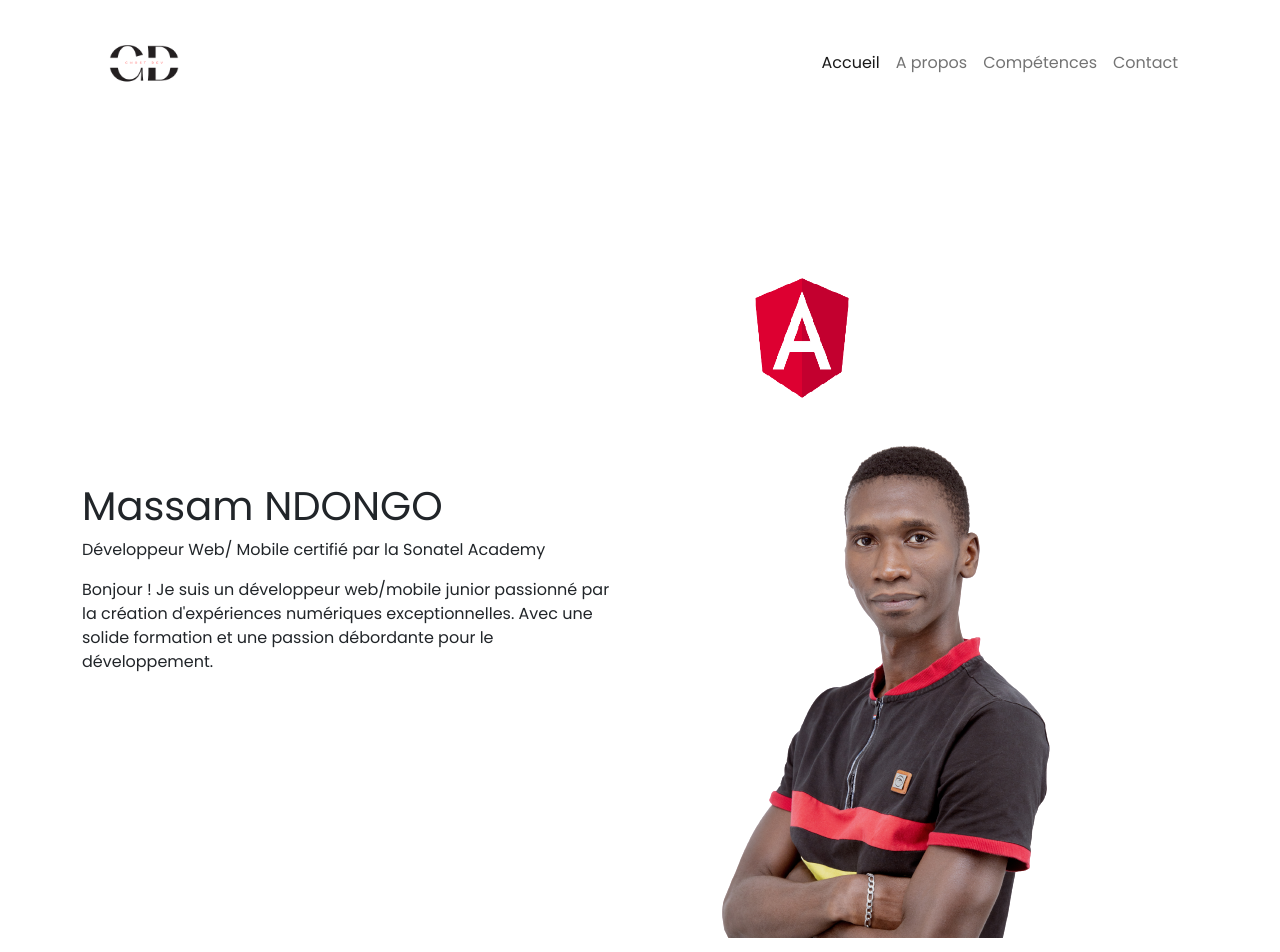
Repository: massndongo/portfolio1
Page: index.html
The author's editor kept a copy of each file at every save. The page is drawn from the files as they stood at one save, then again after the next save.
The browser window is 1280 px wide. The pictures show the part of the page from y = 0 to 952 px (the page is 2311 px tall before and 2392 px after).
A picture or video elsewhere on the page could not be fetched, so the positions and the page height are approximate.

Above is the page before, as saved 2023-05-29 19:08:45.

### index.html
<!DOCTYPE html>
<html>
<head>
    <meta charset='utf-8'>
    <meta http-equiv='X-UA-Compatible' content='IE=edge'>
    <title>Portfolio Massam NDONGO</title>
    <meta name='viewport' content='width=device-width, initial-scale=1'>
    <link rel="stylesheet" href="https://cdn.jsdelivr.net/npm/bootstrap@5.2.3/dist/css/bootstrap.min.css" integrity="sha384-rbsA2VBKQhggwzxH7pPCaAqO46MgnOM80zW1RWuH61DGLwZJEdK2Kadq2F9CUG65" crossorigin="anonymous">
    <link rel="stylesheet" href="./assets/css/main.css">
</head>
<body>
    <div class="container">

        <!-- navbar -->
        <nav class="navbar navbar-expand-lg bg-body-tertiary container">
            <div class="container-fluid">
              <a class="navbar-brand" href="#"><img class="img-thumbnail border-0" width="100px" height="100px" src="./assets/images/logo.png" alt="" srcset=""></a>
              <button class="navbar-toggler" type="button" data-bs-toggle="collapse" data-bs-target="#navbarText" aria-controls="navbarText" aria-expanded="false" aria-label="Toggle navigation">
                <span class="navbar-toggler-icon"></span>
              </button>
              <div class="collapse navbar-collapse d-flex flex-row justify-content-end" id="navbarText">
                <div>
                    <ul class="navbar-nav me-auto mb-2 mb-lg-0">
                      <li class="nav-item">
                        <a class="nav-link active" aria-current="page" href="#">Accueil</a>
                      </li>
                      <li class="nav-item">
                        <a class="nav-link" href="#propos" onclick="scrollToSection('propos')">A propos</a>
                      </li>
                      <li class="nav-item">
                        <a class="nav-link" href="#skills" onclick="scrollToSection('skills')">Compétences</a>
                      </li>
                      <li class="nav-item">
                        <a class="nav-link" href="#contact" onclick="scrollToSection('contact')">Contact</a>
                      </li>
                    </ul>
                </div>
              </div>
            </div>
        </nav>
        <!-- End Navbar -->
        <div id="back-to-top">↑</div>

        <div class="contenu">

            <div class="propos d-flex row flex-row justify-content-center" id="propos">
                <div class="col-lg-6 col-md-12 mb-1 align-middle text-start d-flex flex-column justify-content-center animated-text">
                    <h1 class="">Massam NDONGO</h1>
                    <p class="">Développeur Web/ Mobile certifié par la Sonatel Academy</p>
                    <p>
                        Bonjour ! Je suis un développeur web/mobile junior passionné par la création d'expériences numériques exceptionnelles.
                        Avec une solide formation et une passion débordante pour le développement.

                    </p>
                </div>
                <div class="col-lg-6 col-md-12 profil">
                    <img src="./assets/images/os-projects-angular_thumbnail-removebg-preview.png" width="300px" height="200px" class=" angular"  alt="" srcset="">
                    <img src="./assets/images/mass.png" class="border-0 animated-text" alt="" srcset="">
                </div>
            </div>

            <div class="skills d-flex row flex-row justify-content-center" id="skills">
                <h1 class="text-center m-4 mt-4 text-decoration-underline">Compétences</h1>
                <div class="card m-4" style="width: 18rem;">
                    <img src="./assets/images/angular.png" class="card-img-top" alt="...">
                    <div class="card-body">
                      <p class="card-text">Some quick example text to build on the card title and make up the bulk of the card's content.</p>
                    </div>
                </div>
                <div class="card m-4" style="width: 18rem;">
                    <img src="./assets/images/symfony.png" class="card-img-top" alt="...">
                    <div class="card-body">
                      <p class="card-text">Some quick example text to build on the card title and make up the bulk of the card's content.</p>
                    </div>
                </div>
                <div class="card m-4" style="width: 18rem;">
                    <img src="./assets/images/ionic.webp" class="card-img-top" alt="...">
                    <div class="card-body">
                      <p class="card-text">Some quick example text to build on the card title and make up the bulk of the card's content.</p>
                    </div>
                </div>
                <div class="card m-4" style="width: 18rem;">
                    <img src="./assets/images/laravel.png" class="card-img-top" alt="...">
                    <div class="card-body">
                      <p class="card-text">Some quick example text to build on the card title and make up the bulk of the card's content.</p>
                    </div>
                </div>
                <div class="card m-4" style="width: 18rem;">
                    <img src="./assets/images/angular.png" class="card-img-top" alt="...">
                    <div class="card-body">
                      <p class="card-text">Some quick example text to build on the card title and make up the bulk of the card's content.</p>
                    </div>
                </div>
                <div class="card m-4" style="width: 18rem;">
                    <img src="./assets/images/angular.png" class="card-img-top" alt="...">
                    <div class="card-body">
                      <p class="card-text">Some quick example text to build on the card title and make up the bulk of the card's content.</p>
                    </div>
                </div>
                <div class="card m-4" style="width: 18rem;">
                    <img src="./assets/images/angular.png" class="card-img-top" alt="...">
                    <div class="card-body">
                      <p class="card-text">Some quick example text to build on the card title and make up the bulk of the card's content.</p>
                    </div>
                </div>
            </div>

            <div class="projets img-thumbnail bg-black">
                Lorem ipsum dolor sit amet consectetur adipisicing elit. Facere soluta nam sequi et quia officia, ratione dolore nisi ex necessitatibus ipsam dolor. Eveniet corporis voluptas similique hic omnis, maiores necessitatibus.
            </div>

            <div class="contact img-thumbnail bg-danger" id="contact">
                Lorem ipsum dolor sit amet consectetur adipisicing elit. Saepe consequatur porro numquam? Blanditiis harum consectetur, illum eligendi id dolorem mollitia velit neque? Cum itaque ipsum, ipsam autem saepe iure numquam!
                Quod incidunt quaerat exercitationem iusto perferendis architecto enim officia repellendus itaque dolorem animi, consectetur omnis quasi rerum voluptatum distinctio est deserunt harum porro neque quidem. Soluta itaque ullam repellat fugit?

            </div>
        </div>


        <footer></footer>

    </div>


    <!-- script -->
    <script src="https://cdn.jsdelivr.net/npm/bootstrap@5.2.3/dist/js/bootstrap.min.js" integrity="sha384-cuYeSxntonz0PPNlHhBs68uyIAVpIIOZZ5JqeqvYYIcEL727kskC66kF92t6Xl2V" crossorigin="anonymous"></script>
    <script src="https://cdn.jsdelivr.net/npm/bootstrap@5.2.3/dist/js/bootstrap.bundle.min.js" integrity="sha384-kenU1KFdBIe4zVF0s0G1M5b4hcpxyD9F7jL+jjXkk+Q2h455rYXK/7HAuoJl+0I4" crossorigin="anonymous"></script>
    <script src='./assets/js/main.js'></script>
</body>
</html>

### assets/css/main.css
@font-face {
    font-family: 'Poppins Regular';
    src: url('../fonts/poppins/Poppins-Regular.ttf') format('truetype');
  }

  /* Utilisation de la police */
  body {
    font-family: 'Poppins Regular', sans-serif;
  }

.contenu {
    margin-top: 10%;
}

.animated-text {
    animation: fade-in-out 4s normal;
    }

    @keyframes fade-in-out {
    0% {
        opacity: 1;
    }
    50% {
        opacity: 0;
    }
    100% {
        opacity: 1;
    }
}


#back-to-top {
    display: none;
    position: fixed;
    bottom: 20px;
    right: 20px;
    width: 40px;
    height: 40px;
    background-color: #ccc;
    border-radius: 50%;
    text-align: center;
    line-height: 40px;
    cursor: pointer;
  }

.skills {
    margin-top: 5%;
}
.profil {
    /* background-color: #db7e14; */
}
.angular {
    position: relative;
    margin-right: 15%;
    z-index: -1;
}

### assets/js/main.js
  // Sélectionnez tous les liens de la navbar avec la classe "nav-link"
  var navLinks = document.querySelectorAll('.nav-link');

  // Parcourez tous les liens et ajoutez un gestionnaire d'événement pour le clic
  navLinks.forEach(function(link) {
    link.addEventListener('click', function(event) {
      event.preventDefault(); // Empêche le comportement par défaut du navigateur
      var target = this.getAttribute('href'); // Récupère l'attribut href du lien
      scrollToSection(target); // Appelle la fonction de défilement vers la section cible
    });
  });

  // Fonction pour déplacer l'utilisateur vers une section spécifique
  function scrollToSection(sectionId) {
    var section = document.querySelector(sectionId);
    if (section) {
      section.scrollIntoView({ behavior: 'smooth' });
    }
  }


  var backToTopBtn = document.getElementById("back-to-top");

  // Afficher ou masquer le bouton en fonction du défilement de la page
  window.addEventListener("scroll", function() {
    if (window.pageYOffset > 100) {
      backToTopBtn.style.display = "block";
    } else {
      backToTopBtn.style.display = "none";
    }
  });

  // Faire défiler vers le haut de la page lorsque le bouton est cliqué
  backToTopBtn.addEventListener("click", function() {
    window.scrollTo({
      top: 0,
      behavior: "smooth"
    });
  });

After the next save:
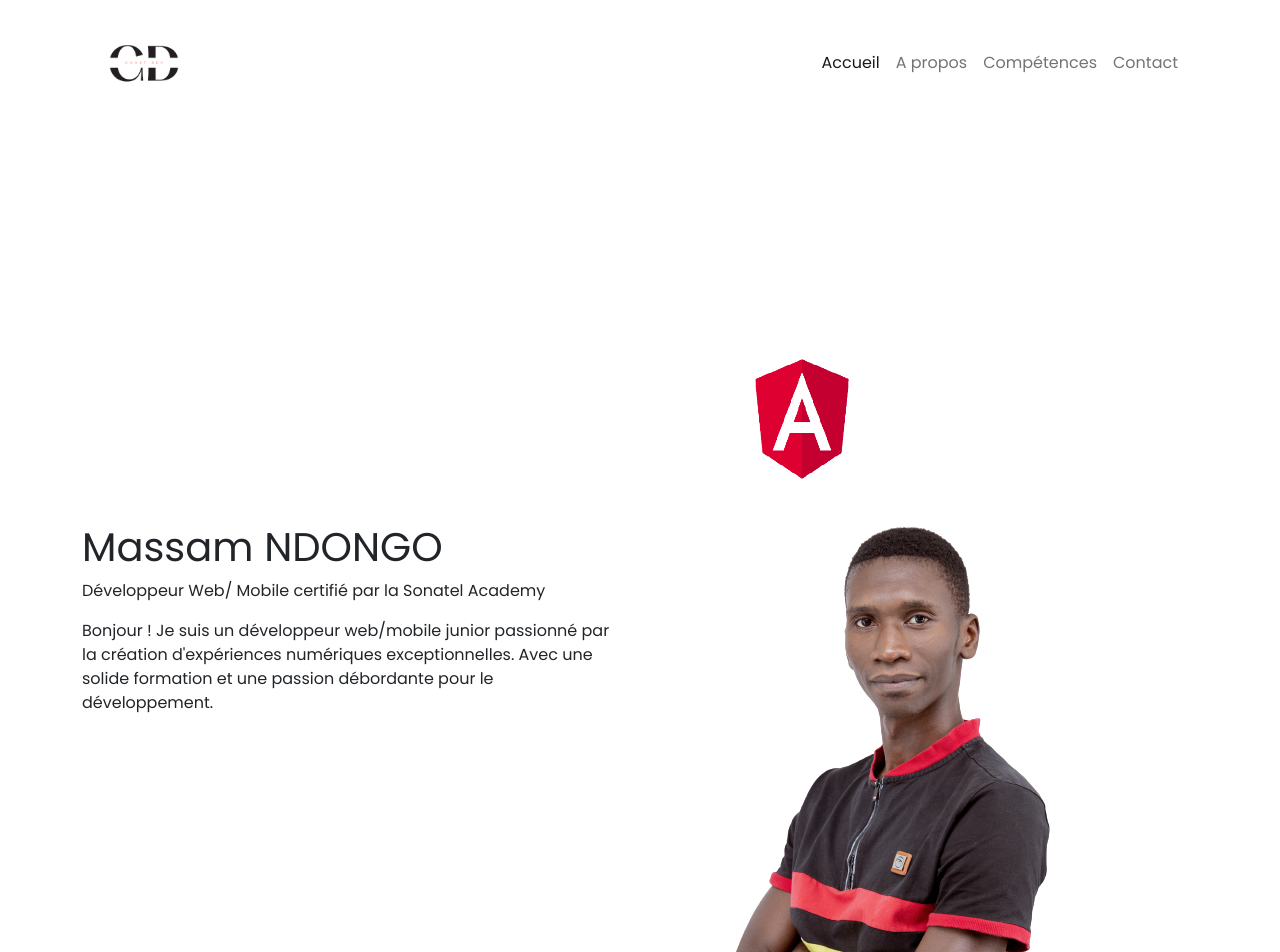
Saved 14 s later.
--- a/assets/css/main.css
+++ b/assets/css/main.css
@@ -51,6 +51,6 @@
 }
 .angular {
     position: relative;
-    margin-right: 15%;
+    margin-top: 15%;
     z-index: -1;
 }
